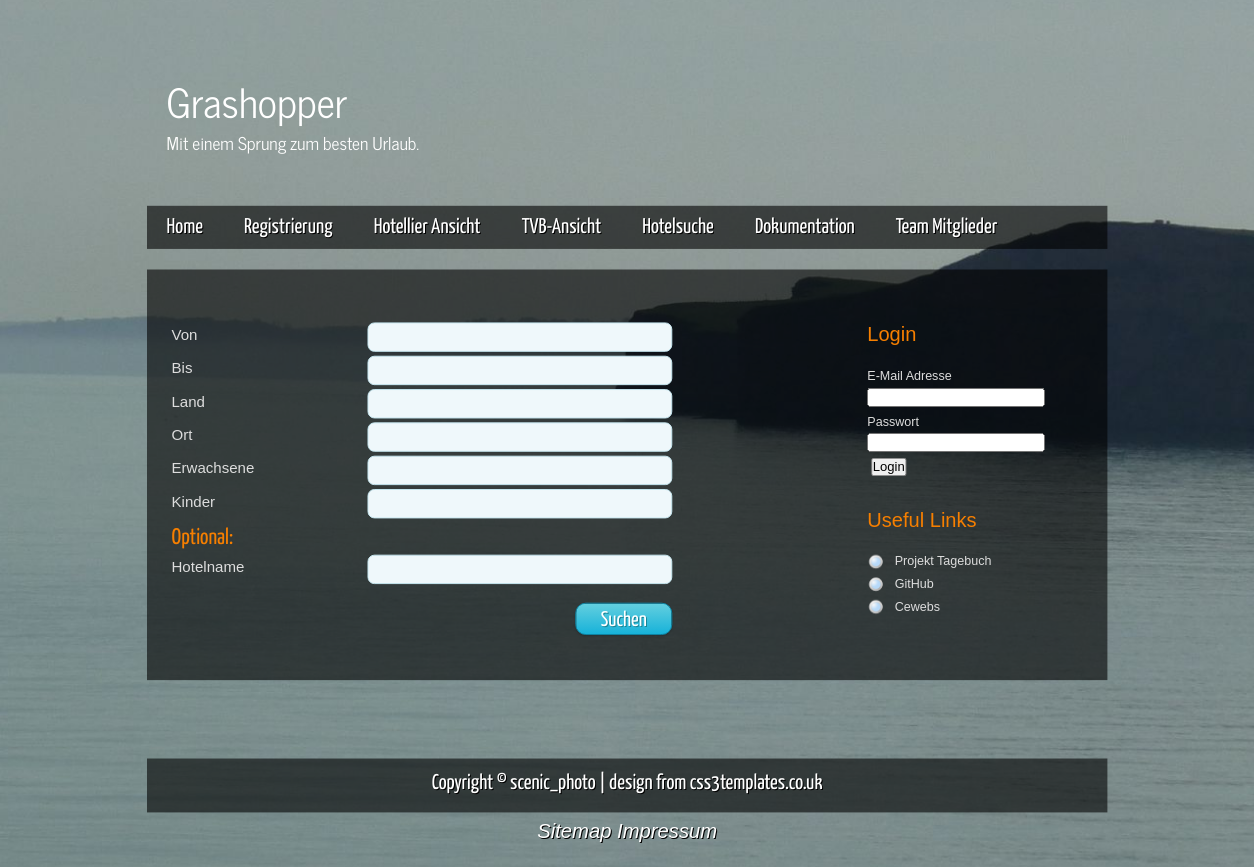
Repository: swe2013hotel2/grashopper
Page: http://localhost/Grasshopper/Hotelsuche.jsp
These files come from the project's save history. The page is drawn as it stood at one moment and after the next save; the edit follows.
The browser window is 1280 px wide. The pictures show the whole page, at 98% of full size.
Backgrounds fixed to the window are drawn as part of the page. The page is served by Tomcat 9. Other server files are loaded and not shown.

Above is the page before, as saved 2013-12-10 19:27:39.
Console error: ReferenceError: jQuery is not defined

### workspaceJSP2/Grasshopper/WebContent/Hotelsuche.jsp
 <jsp:include page="header_template.jsp">
    <jsp:param name="activePage" value="Hotelsuche" />
</jsp:include>

 <div class="content">

   <form action="Hotelsuche" action="Hotelsuche" method="post">
      <div class="form_settings">

         <p><span>Von</span><input type="text" name="von" value="" /></p>
		 <p><span>Bis</span><input type="text" name="bis" value="" /></p>
       	 <p><span>Land</span><input type="text" name="land" value="" /></p>
      	 <p><span>Ort</span><input type="text" name="ort" value="" /></p>
      	 <p><span>Erwachsene</span><input type="text" name="erwachsene" value="" /></p>
         <p><span>Kinder</span><input type="text" name="kinder" value="" /></p>
		 <h4>Optional:</h4>
      	 <p><span>Hotelname</span><input type="text" name="hotelname" value="" /></p>

        <p style="padding-top: 15px"><span>&nbsp;</span><input class="submit" type="submit" name="name" value="Suchen" onclick="redirect()"></p>
      </div>
    </form>
 </div>

    <%@include file="footer_template.jsp" %>

### workspaceJSP2/Grasshopper/WebContent/footer_template.jsp
</div>
 </div>
    <footer>
      <p>Copyright &copy; scenic_photo | <a href="http://www.css3templates.co.uk">design from css3templates.co.uk</a></p>
      <p><h6><a href="#">Sitemap</a>   <a href="#">Impressum</a></h6></p>
    </footer>
  </div>
  <p>&nbsp;</p>
  <!-- javascript at the bottom for fast page loading -->

  <script type="text/javascript" src="js/jquery.easing-sooper.js"></script>
  <script type="text/javascript" src="js/jquery.sooperfish.js"></script>
  <script type="text/javascript">
    $(document).ready(function() {
      $('ul.sf-menu').sooperfish();

		$("#datepicker").datepicker({
			beforeShowDay: function(date) {
				var date1 = $.datepicker.parseDate($.datepicker._defaults.dateFormat, $("#input1").val());
				var date2 = $.datepicker.parseDate($.datepicker._defaults.dateFormat, $("#input2").val());
				return [true, date1 && ((date.getTime() == date1.getTime()) || (date2 && date >= date1 && date <= date2)) ? "dp-highlight" : ""];
			},
			onSelect: function(dateText, inst) {
				var date1 = $.datepicker.parseDate($.datepicker._defaults.dateFormat, $("#input1").val());
				var date2 = $.datepicker.parseDate($.datepicker._defaults.dateFormat, $("#input2").val());
				if (!date1 || date2) {
					$("#input1").val(dateText);
					$("#input2").val("");
					$(this).datepicker("option", "minDate", dateText);
				} else {
					$("#input2").val(dateText);
					$(this).datepicker("option", "minDate", null);
				}
			}
		});
		$("#form").validationEngine();
    });
</script>
</body>
</html>

### workspaceJSP2/Grasshopper/WebContent/header_template.jsp


<%String activePage = (String)request.getParameter("activePage"); %>

     <!DOCTYPE HTML>
<html>

<head>
  <title>Grashopper</title>
  <meta name="description" content="website description" />
  <meta name="keywords" content="website keywords, website keywords" />
  <meta http-equiv="content-type" content="text/html; charset=UTF-8" />
  <link rel="stylesheet" type="text/css" href="./css/style.css" />
  <!-- modernizr enables HTML5 elements and feature detects -->
  <script type="text/javascript" src="js/modernizr-1.5.min.js"></script>

</head>

<body>
  <div id="main">
    <header>
      <div id="logo">
        <div id="logo_text">
          <!-- class="logo_colour", allows you to change the colour of the text -->
          <h1><a href="index.jsp"> Grashopper </a></h1>
          <h2>Mit einem Sprung zum besten Urlaub.</h2>
        </div>
      </div>
      <nav>
        <div id="menu_container">
          <ul class="sf-menu" id="nav">

            <%if(activePage!=null && activePage.equals("index")) {%>
            	 <li><a href="index.jsp"  class="highlighted">Home</a></li>
            <%}
            else{ %>
             	<li><a href="index.jsp"  >Home</a></li>
            <%} %>

<%-- ------------------------------------------------------------------------------------------------------ --%>

            <%if(activePage!=null && activePage.equals("Registrierung")) {%>
            	<li><a href="Registrierung.jsp" class="highlighted">Registrierung</a></li>
            <%}
            else{ %>
             	<li><a href="Registrierung.jsp" >Registrierung</a></li>
            <%} %>
<%-- ------------------------------------------------------------------------------------------------------ --%>

            <%if(activePage!=null && activePage.equals("Hotellieransicht")) {%>
            	  <li><a href="Hotellieransicht.jsp" class="highlighted" >Hotellier Ansicht</a></li>
            <%}
            else{ %>
             	 <li><a href="Hotellieransicht.jsp" >Hotellier Ansicht</a></li>
            <%} %>
 <%-- ------------------------------------------------------------------------------------------------------ --%>

            <%if(activePage!=null && activePage.equals("TVBAnsicht")) {%>
            	  <li><a href="TVBansicht.jsp" class="highlighted" >TVB-Ansicht</a></li>
            <%}
            else{ %>
             	 <li><a href="TVBansicht.jsp" >TVB-Ansicht</a></li>
            <%} %>
 <%-- ------------------------------------------------------------------------------------------------------ --%>

            <%if(activePage!=null && activePage.equals("Hotelsuche")) {%>
            	  <li><a href="Hotelsuche.jsp"  >Hotelsuche</a></li>
            <%}
            else{ %>
             	 <li><a href="Hotelsuche.jsp"  >Hotelsuche</a></li>
            <%} %>
 <%-- ------------------------------------------------------------------------------------------------------ --%>



            <li><a href="#">Dokumentation</a>
              <ul>
                <li><a href="Projektplanung.pdf" target="_blank" >Projekt Planung</a></li>
                <li><a href="#">Projekt Details</a>
                  <ul>
                    <li><a href="Usecase_Diagramm.png">Use Case Diagramm</a></li>
                    <li><a href="Anforderungsanalyse.pdf">Anforderungsanalyse</a></li>

                    <li><a href="designmodell.pdf">Designmodell</a></li>
                  </ul>
                </li>
                <li><a href="#">Präsentationen</a>
                  <ul>
                    <li><a href="Presentation1.pdf">Präsentation 1</a></li>
                    <li><a href="Presentation2.pdf">Präsentation 2</a></li>
                    <li><a href="Presentation3.pdf">Präsentation 3</a></li>
                  </ul>
                </li>
                <li><a href="#">JDoc</a></li>
              </ul>
 <%-- ------------------------------------------------------------------------------------------------------ --%>

            <%if(activePage!=null && activePage.equals("Teammitglieder")) {%>
            	  <li><a href="Teammitglieder.jsp" class="highlighted" >Team Mitglieder</a></li>
            <%}
            else{ %>
             	 <li><a href="Teammitglieder.jsp" >Team Mitglieder</a></li>
            <%} %>
 <%-- ------------------------------------------------------------------------------------------------------ --%>

             </ul>
        </div>
      </nav>

    </header>
    <div id="site_content">
      <div id="sidebar_container">
        <div class="sidebar">
     		<%
     		String username=(String)session.getAttribute("username");
			if (username==null) {
			%>
				<jsp:include page="LoginForm.jsp" />
			<%
			} else { %>
				<jsp:include page="LogoutForm.jsp" />
			<%}
			%>

        </div>
        <div class="sidebar">
          <h2>Useful Links</h2>
          <ul>
            <li><a href="https://docs.google.com/spreadsheet/ccc?key=0AmtJOQ9DhchzdHJyaGRUaFpfZE9ydktJZmpzSjI2ZVE#gid=0">Projekt Tagebuch</a></li>
            <li><a href="https://github.com/swe2013hotel2/grashopper">GitHub</a></li>
            <li><a href="https://cewebs.cs.univie.ac.at/SWE/ws13/index.php?t=uebung">Cewebs</a></li>
          </ul>
        </div>
      </div>

### workspaceJSP2/Grasshopper/WebContent/LoginForm.jsp
<h2>Login</h2>
<form name="loginform" action="Login" method="post">
<p style="padding-top: 0px; padding-bottom: 3px"><span >E-Mail Adresse<br></span><input type="text" name="username" value="" /></p>
<p style="padding-top: 0px; padding-bottom: 3px"><span >Passwort<br></span><input type="password" name="password" value="" /></p>
<p style="padding-top: 0px; padding-bottom: 0px"><span>&nbsp;</span><input class="submit" type="submit" name="name" value="Login" /></p>
</form>

### workspaceJSP2/Grasshopper/WebContent/css/style.css
@font-face {
  font-family: Yanone Kaffeesatz;
    src: url('../fonts/YanoneKaffeesatz-Regular.eot');
    src: local("Yanone Kaffeesatz"), url('../fonts/YanoneKaffeesatz-Regular.ttf');
}

@font-face {
  font-family: News Cycle;
    src: url('../fonts/NewsCycle-Regular.eot');
    src: local("News Cycle"), url('../fonts/NewsCycle-Regular.ttf');
}

html {
  height: 100%;
}

* {
  margin: 0;
  padding: 0;
}

/* tell the browser to render HTML 5 elements as block */
article, aside, figure, footer, header, hgroup, nav, section {
  display:block;
}

body {
  font: normal .80em arial, sans-serif;
  background: #FFF url(../images/back.jpg) no-repeat center fixed;
  color: #DDD;
}

p {
  padding: 0 0 20px 0;
  line-height: 1.7em;
}

img {
  border: 0;
}

h1, h2, h3, h4, h5, h6 {
  color: #362C20;
  letter-spacing: 0em;
  padding: 0 0 5px 0;
}

h1, h2, h3 {
  font: normal 140% arial, sans-serif;
  margin: 0 0 15px 0;
  padding: 15px 0 5px 0;
  color: #FFF;
}

h2 {
  font-size: 160%;
  padding: 9px 0 5px 0;
  color: #F67F00;
}

h3 {
  font-size: 140%;
  padding: 5px 0 0 0;
}

h4, h6 {
  color: #F67F00;
  padding: 0 0 5px 0;
  font: normal 150% 'Yanone kaffeesatz', arial, sans-serif;
}

h5, h6 {
  color: #888;
  font: italic 95% arial, sans-serif;
  letter-spacing: normal;
  padding: 0 0 15px 0;
}

a, a:hover {
  outline: none;
  text-decoration: underline;
  color: #09D4FF;
}

a:hover {
  text-decoration: none;
}

blockquote {
  margin: 20px 0;
  padding: 10px 20px 0 20px;
  border: 1px solid #E5E5DB;
  background: #FFF;
}

ul {
  margin: 2px 0 22px 17px;
}

ul li {
  list-style-type: circle;
  margin: 0 0 6px 0;
  padding: 0 0 4px 5px;
  line-height: 1.5em;
}

ol {
  margin: 8px 0 22px 20px;
}

ol li {
  margin: 0 0 11px 0;
}

.left {
  float: left;
  width: auto;
  margin-right: 10px;
}

.right {
  float: right;
  width: auto;
  margin-left: 10px;
}

.center {
  display: block;
  text-align: center;
  margin: 20px auto;
}

#main, nav, #container, #logo, #site_content, footer {
  margin-left: auto;
  margin-right: auto;
}

#main {
  margin: 50px auto;
  width: 980px;
  padding-bottom: 30px;
}

header {
  background: transparent;
  height: 225px;

}

#logo {
  width: 330px;
  float: left;
  height: 100px;
  color: #888;
  padding: 20px;
  margin-bottom: 20px;
}

#logo h1, #logo h2 {
  font: normal 320% 'News Cycle', arial, sans-serif;
  border-bottom: 0;
  text-transform: none;
  margin: 0;
}

#logo_text h1, #logo_text h1 a, #logo_text h1 a:hover {
  padding: 0;
  color: #FFF;
  text-decoration: none;
}

#logo_text h1 a .logo_colour {
  color: #09D4FF;
}

#logo_text a:hover .logo_colour {
  color: #FFF;
}

#logo_text h2 {
  font-size: 140%;
  padding: 0 0 0 0;
  color: #FFF;
}

nav {
  float: left;
  height: 44px;
  width: 980px;
  margin: 0 auto 0 auto;
  color: #FFF;
  background: transparent url(../images/transparent.png);
}

#menu_container {
  width: 980px;
  margin: 0 auto 0 auto;
}




#site_content {
  width: 930px;
  overflow: hidden;
  margin: 0px auto 0 auto;
  padding: 25px;
  background: transparent url(../images/transparent.png);
}

#sidebar_container {
  float: right;
  width: 224px;
  padding: 20px 5px 0 0;
}


.sidebar {
  float: right;
  width: 200px;
  margin: 0 0 17px 0;
  padding: 0 15px 5px 13px;
}

.sidebar h3, .content h1 {
  padding: 0 15px 20px 0;
  font: 200% 'News Cycle', arial, sans-serif;
  text-shadow:  #000 1px 1px;
  margin: 0 1px;
  color: #FFF;
}

.sidebar h3 {
  padding: 0 15px 14px 0;
  color: #FFF;
  font: 230% 'News Cycle', arial, sans-serif;
}

.sidebar ul {
  margin: 0 0 15px 0;
}

.sidebar li a, .sidebar li a:hover {
  color: #DDD;
  text-decoration: none;
}

.sidebar li a:hover {
  text-decoration: underline;
}

.sidebar_item, .content_item {
  padding: 15px 0;
}

.paperclip {
  float: left;
  position: relative;
  z-index: 0;
  vertical-align: middle;
  margin: -15px 0 -60px -40px;
}

.content {
  text-align: left;
  width: 630px;
  margin: 0 0 15px 0;
  float: left;
  font-size: 120%;
  padding: 14px 0 0 0;
}

.content ul {
  margin: 2px 0 22px 0px;
}

.content ul li, .sidebar ul li {
  list-style-type: none;
  background: url(../images/bullet.png) no-repeat;
  margin: 0 0 0 0;
  padding: 0 0 4px 28px;
  line-height: 1.5em;
}

.register_menu_container {
  text-align: left;
  width: 630px;
  margin: 0 0 15px 0;
  float: left;
  font-size: 120%;
  padding: 14px 0 0 0;
}


.register_menu_container ul{
  margin: 2px 0 22px 0px;
}

.register_menu_container ul li{
  list-style-type: none;
  margin: 0 0 0 0;
  padding: 0 0 4px 28px;
  line-height: 1.5em;
}

footer {
  width: 980px;
  font: 170% 'Yanone Kaffeesatz', arial, sans-serif;
  text-shadow: 1px 1px #000;
  height: 30px;
  padding: 5px 0 20px 0;
  text-align: center;
  color: #FFF;
  margin-top: 25px;
  background: transparent url(../images/transparent.png);
}

footer p {
  line-height: 1.7em;
  padding: 0 0 10px 0;
}

footer a {
  color: #FFF;
  text-decoration: none;
}

footer a:hover {
  color: #FFF;
  text-decoration: underline;
}

.form_settings {
  margin: 15px 0 0 0;
}


.form_settings p {
  padding: 0 0 4px 0;
}

.form_settings span {
  float: left;
  width: 200px;
  text-align: left;
}

.form_settings input, .form_settings textarea {
  padding: 5px;
  width: 299px;
  font: 100% arial;
  border: 1px solid #C6E7F0;
  background: #EFF8FB;
  color: #47433F;
  border-radius: 7px 7px 7px 7px;
  -moz-border-radius: 7px 7px 7px 7px;
  -webkit-border: 7px 7px 7px 7px;
}

.form_settings .submit {
  font: 140% 'Yanone Kaffeesatz', arial, sans-serif;
  border: 0;
  width: 99px;
  margin: 0 0 0 212px;
  height: 33px;
  padding: 2px 0 3px 0;
  cursor: pointer;
  background: #1EC9F4;
  -webkit-border-radius: .5em .5em .5em .5em ;
  -moz-border-radius: .5em .5em .5em .5em ;
  border-radius: .5em .5em .5em .5em ;
  -webkit-box-shadow: 0 1px 2px rgba(0,0,0,.2);
  -moz-box-shadow: 0 1px 2px rgba(0,0,0,.2);
  box-shadow: 0 1px 2px rgba(0,0,0,.2);
  color: #FFF;
  border: solid 1px #0D8AA9;
  background: #46C4DD;
  background: -webkit-gradient(linear, left top, left bottom, from(#63CFDF), to(#17B2D9));
  background: -moz-linear-gradient(top,  #63CFDF,  #17B2D9);
  text-shadow: 1px 1px #178497;
}

.form_settings textarea, .form_settings select {
  font: 100% arial;
  width: 299px;
}

.form_settings select {
  width: 310px;
}



.form_settings .checkbox {
  margin: 4px 0;
  padding: 0;
  width: 14px;
  border: 0;
  background: none;
}

.separator {
  width: 100%;
  height: 0;
  border-top: 1px solid #D9D5CF;
  border-bottom: 1px solid #FFF;
  margin: 0 0 20px 0;
}

table {
  margin: 10px 0 30px 0;
}

table tr th, table tr td {
  background: #70D4E6;
  color: #FFF;
  padding: 7px 4px;
  text-align: left;
}

table tr td {
  background: #D3F2F7;
  color: #47433F;
  border-top: 1px solid #FFF;
}





/**
Stylesheet for SooperFish by www.SooperThemes.com
Author: Jurriaan Roelofs
**/

/* Configuration of menu width */
html body ul.sf-menu ul,html body ul.sf-menu ul li {
  width: 200px;
}

html body ul.sf-menu ul ul {
  margin: 0 0 0 200px;
}

/* Framework for proper showing/hiding/positioning */
ul.sf-menu,ul.sf-menu * {
  margin: 0;
  padding: 0;
}

ul.sf-menu {
  display: block;
  position: relative;
}

ul.sf-menu li {
  display: block;
  list-style: none;
  float: left;
  position: relative;
}

ul.sf-menu li:hover {
  visibility: inherit; /* fixes IE7 'sticky bug' */
}

ul.sf-menu a {
  display: block;
  position: relative;
}

ul.sf-menu ul {
  position: absolute;
  left: 0;
  width: 150px;
  top: auto;
  left: -999999px;
}

ul.sf-menu ul a {
  zoom: 1; /* IE6/7 fix */
}

ul.sf-menu ul li {
  float: left; /* Must always be floated otherwise there will be a rogue 1px margin-bottom in IE6/7 */
  width: 150px;
}

ul.sf-menu ul ul {
  top: 0;
  margin: 0 0 0 150px;
}

ul.sf-menu li:hover ul,ul.sf-menu li:focus ul,ul.sf-menu li.sf-hover ul,
ul.sf-menu ul li:hover ul,ul.sf-menu ul li:focus ul,ul.sf-menu ul li.sf-hover ul,
ul.sf-menu ul ul li:hover ul,ul.sf-menu ul ul li:focus ul,ul.sf-menu ul ul li.sf-hover ul,
ul.sf-menu ul ul ul li:hover ul,ul.sf-menu ul ul ul li:focus ul,ul.sf-menu ul ul ul li.sf-hover ul {
  left: auto;
}

ul.sf-menu li:hover ul ul,ul.sf-menu li:focus ul ul,ul.sf-menu li.sf-hover ul ul,
ul.sf-menu ul li:hover ul ul,ul.sf-menu ul li:focus ul ul,ul.sf-menu ul li.sf-hover ul ul,
ul.sf-menu ul ul li:hover ul ul,ul.sf-menu ul ul li:focus ul ul,ul.sf-menu ul ul li.sf-hover ul ul,
ul.sf-menu ul ul ul li:hover ul ul,ul.sf-menu ul ul ul li:focus ul ul,ul.sf-menu ul ul ul li.sf-hover ul ul {
  left: -999999px;
}

/* autoArrows CSS */
span.sf-arrow {
  width: 7px;
  height: 7px;
  position: absolute;
  top: 20px;
  right: 5px;
  display: block;
  background: url(../images/arrows-white.png) no-repeat 0 0;
  overflow: hidden; /* making sure IE6 doesn't overflow and expand the box */
  font-size: 1px;
}

ul ul span.sf-arrow {
  right: 10;
  top: 20px;
  background-position: 0 100%;
}

/* Theming the menu */
ul#nav {
  float: left;
}

ul#nav ul {
  background: #0DBBD5;
  margin-top: 5px;
  padding-bottom: 15px;
}

ul#nav li a {
  padding:7px 20px 6px 20px;
  font: 170% 'Yanone Kaffeesatz', arial, sans-serif;
  text-shadow: 1px 1px #000;
  text-decoration: none;
  color: #FFF;
  margin-right: 2px;
}

ul#nav li a.highlighted {
  padding:7px 20px 6px 20px;
  font: 170% 'Yanone Kaffeesatz', arial, sans-serif;
  text-shadow: 1px 1px #000;
  text-decoration: none;
  color: #F67F00;
  margin-right: 2px;
}




ul#nav li a:hover,ul#nav li a:focus {
  color: #0DBBD5;
  text-shadow: none;
}

ul#nav ul li a:hover,ul#nav ul li a:focus {
  color: #222;
  text-shadow: none;
}



/* Theming the menu */
ul#nav2 {
  float: left;
}

ul#nav2 ul {
  background: #0DBBD5;
  margin-top: 5px;
  padding-bottom: 15px;
}

ul#nav2 li a {
  padding:7px 20px 6px 20px;
  font: 170% 'Yanone Kaffeesatz', arial, sans-serif;
  text-shadow: 1px 1px #000;
  text-decoration: none;
  color: #FFF;
  margin-right: 2px;
}

ul#nav2 li a.highlighted {
  padding:7px 20px 6px 20px;
  font: 170% 'Yanone Kaffeesatz', arial, sans-serif;
  text-shadow: 1px 1px #000;
  text-decoration: none;
  color: #F67F00;
  margin-right: 2px;
}

.highlighted{
	color: #F67F00;
}

ul#nav2 li a:hover,ul#nav li a:focus {
  color: #0DBBD5;
  text-shadow: none;
}

ul#nav2 ul li a:hover,ul#nav ul li a:focus {
  color: #222;
  text-shadow: none;
}





div#result_row{
	width: 600px;
	height: 120px;
	color: #888;
	padding: 0px;
	margin-bottom: 0px;
}

.resultcolumn img{
	height: 90px;
	width: auto;
	padding: 5px;
}
div.resultcolumn{
	float: left;
	height: 100px;
	width: 30%;
	padding: 10px;
}



div#result_row ul {
	height: 50px;
	width: auto;
	padding: 0 0 0 0;
}

.result_column ul {
	height: 50px;
	width: 80px;
	padding: 0 0 0 0;
	text-align: center;
}

.result_column h2 {
	font-size: 140%;
	padding: 0 0 0 0;
	padding-bottom: 0px;
	margin-left: 20px;
}

.result_column a{
	text-decoration: none;
	color: black;
	font-weight: bold;
}

.result_column ul li{
	text-decoration: none;
	list-style: none;
	witdh: 30px;
	height: 15px;
	color: #b97801;
	border-style: solid;
	border-color: orange;
	border-radius: 3px;
	background-color: orange;
}

#detail_foto{
	float: left;
	height: 240px;
	width: 50%;
	padding: 0 0 0 0 ;
	margin-top: 20px;
}

#detail_foto img{
	width: 80%;
	height: auto;
	padding:0 0 0 0;
}

#detail_summary{
	float: left;
	height: 240px;
	width: 50%;
	margin-top: 20px;
}

a.actionbutton{
	text-decoration: none;
	float: right;
	padding: 5px;
	background-color: orange;
	margin: 10px;
	color: black;
	border-radius: 3px;
}
a.actionbutton{
	text-decoration: none;
	float: left;
	padding: 5px;
	background-color: orange;
	margin: 10px;
	color: black;
	border-radius: 3px;
}
a.deactivatedbutton{
	text-decoration: none;
	float: left;
	padding: 5px;
	background-color: lightgrey;
	margin: 10px;
	color: grey;
	border-radius: 3px;
}

div.statistic_bar
{
	background-color: blue;
	height: 15px;
	padding-top:2px;
	padding-bottom:2px;
}

#description_container{
	float: left;
	width: 95%;
	margin-top: 20px;
	margin-left: 20px;
}

Loaded but not shown: workspaceJSP2/Grasshopper/WebContent/js/modernizr-1.5.min.js (library); workspaceJSP2/Grasshopper/WebContent/js/jquery.easing-sooper.js (library); workspaceJSP2/Grasshopper/WebContent/js/jquery.sooperfish.js (library)

After the next save:
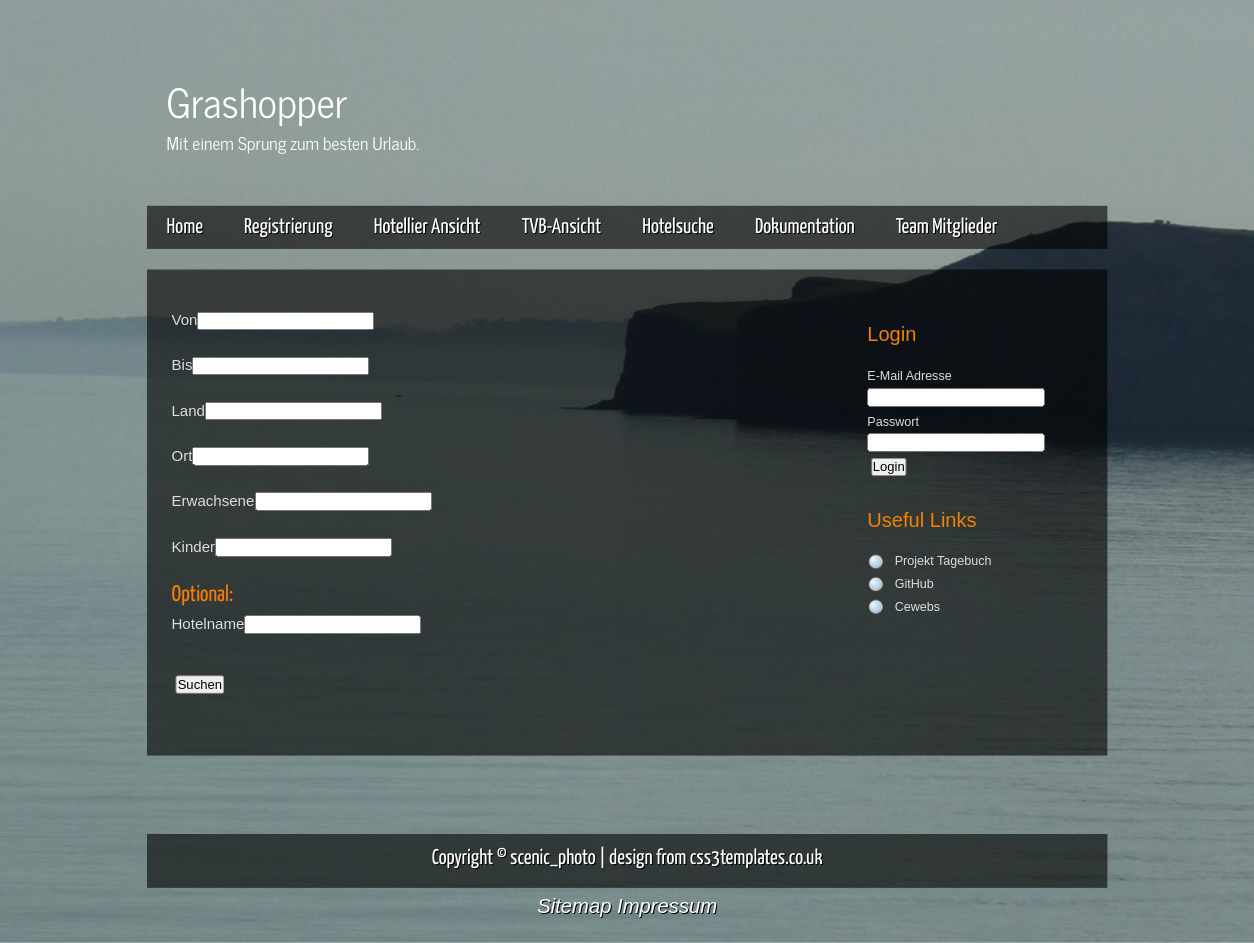
Saved 81 s later.
--- a/workspaceJSP2/Grasshopper/WebContent/Hotelsuche.jsp
+++ b/workspaceJSP2/Grasshopper/WebContent/Hotelsuche.jsp
@@ -5,7 +5,6 @@
  <div class="content">
 
    <form action="Hotelsuche" action="Hotelsuche" method="post">
-      <div class="form_settings">
 
          <p><span>Von</span><input type="text" name="von" value="" /></p>
 		 <p><span>Bis</span><input type="text" name="bis" value="" /></p>
@@ -17,7 +16,7 @@
       	 <p><span>Hotelname</span><input type="text" name="hotelname" value="" /></p>
 
         <p style="padding-top: 15px"><span>&nbsp;</span><input class="submit" type="submit" name="name" value="Suchen" onclick="redirect()"></p>
-      </div>
+
     </form>
  </div>
 
